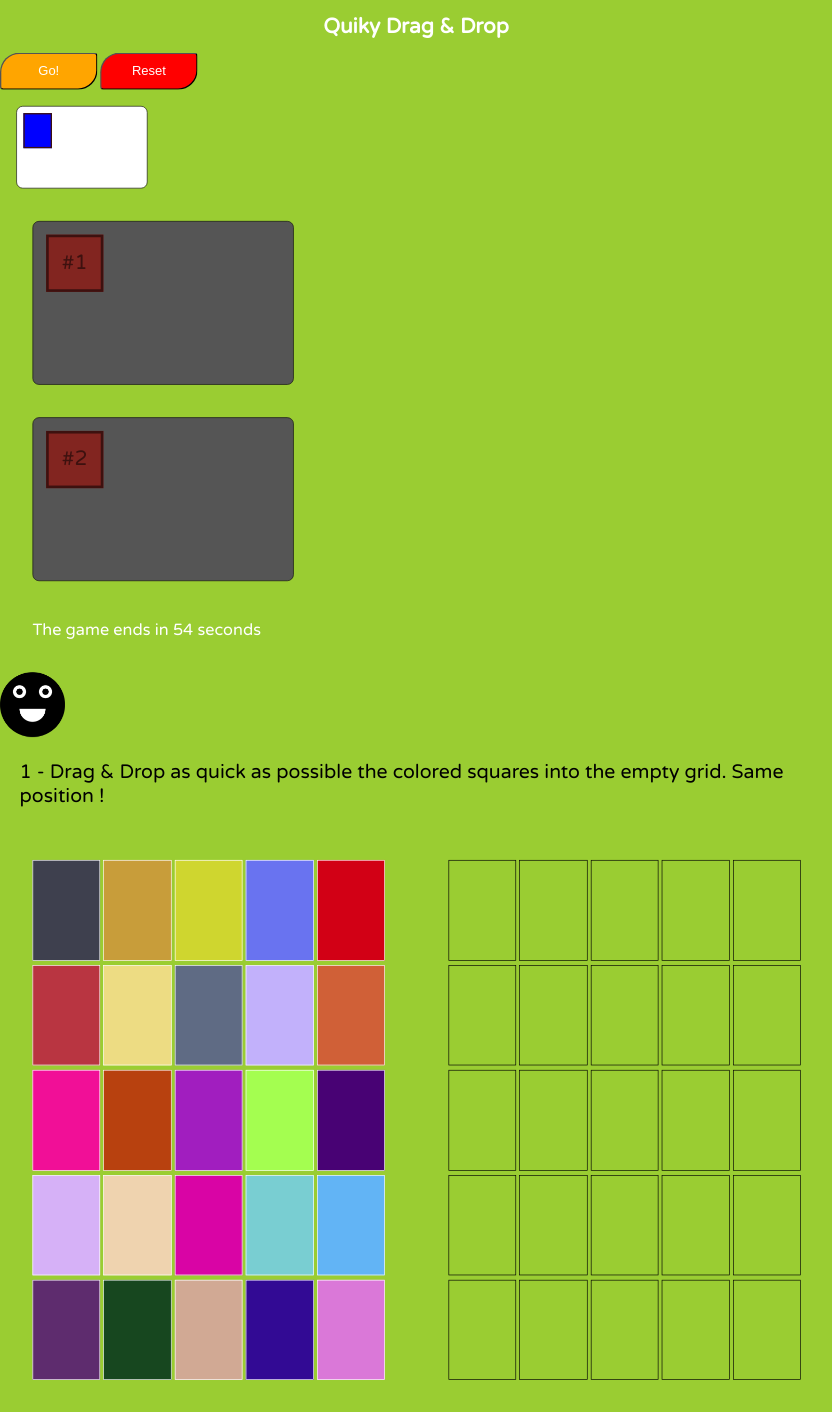
Repository: Siehan/Quiky-drag-and-drop
Page: index.html
An editor plug-in stored every save of this project. The page is shown before and after a run of saves, followed by the edit.
The browser window is 1280 px wide. The pictures show the whole page, at 65% of full size.

Above is the page before, as saved 2020-01-22 12:17:58.

### index.html
<!DOCTYPE html>
<html lang="en">

<head>
  <meta charset="UTF-8">
  <meta name="viewport" content="width=device-width, initial-scale=1.0">
  <meta http-equiv="X-UA-Compatible" content="ie=edge">
  <link rel="stylesheet" type="text/css" href="style.css">
  <script type="module" src="grid.js"></script>
  <script type="text/javascript"></script>
  <title>Document</title>
</head>

<body>
  <header>
    <h1>Quiky Drag & Drop</h1>
    <button id="button-go">Go!</button>
    <button id="button-reset">Reset</button>
  </header>

<div class="dropper2">
  <div class="draggable2"></div>
</div>


<div class="dropper">
  <div class="draggable">#1</div>
</div>
<div class="dropper">
  <div class="draggable">#2</div>
</div>







  <div id="time"></div>
  <img class="black-face" src="images/1297390581.png" alt="black face">
  <p>1 - Drag & Drop as quick as possible the colored squares into the empty grid. Same position !</p>
  <div id="container">
    <div class="container-one">
    </div>
    <div class="container-two">
    </div>
  </div>

</body>

</html>

### style.css
@import url("https://fonts.googleapis.com/css?family=Varela+Round&display=swap");

body, html {
  font-family: 'Varela Round', sans-serif;
  background: yellowgreen;
  color: white;
  margin: 0 auto;
  padding: 0;
}

#button-go {
  width: 150px;
  color: white;
  font-size: 20px;
  background-color: orange;
  padding: 15px;
  border-radius: 30px 5px;
}

#button-reset {
  width: 150px;
  color: white;
  font-size: 20px;
  background-color: red;
  padding: 15px;
  border-radius: 30px 5px;
}

h1 {
  color: white;
  text-align: center;
  border-style: 1px black;
}

p {
  padding: 30px;
  margin: auto;
  font-family: 'Varela Round', sans-serif;
  font-size: 30px;
  color: black;
}

.black-face {
  width: 100px;
}

#container {
  display: flex;
}

.container-one {
  display: grid;
  padding: 50px;
  grid-template-columns: repeat(5,1fr);
  grid-template-rows: repeat(5,1fr);
  width: 800px;
  height: 800px;
  grid-gap: 7px;
}

.container-two {
  display: grid;
  padding: 50px;
  grid-template-columns: repeat(5,1fr);
  grid-template-rows: repeat(5,1fr);
  width: 800px;
  height: 800px;
  grid-gap: 7px;
}

.container-one div {
  border: 1.5px solid white;
  width: 100%;
}

.container-two div {
  border: 1.5px solid black;
  width: 100%;
}

#time {
  padding: 50px;
  margin: auto;
  color: white;
  font-size: 25px;
}

.dropper {
    margin: 50px 10px 10px 50px;
    width: 400px;
    height: 250px;
    background-color: #555;
    border: 1px solid #111;

    border-radius: 10px;
    transition: all 200ms linear;
}

.drop_hover {
    box-shadow: 0 0 30px rgba(0, 0, 0, 0.8) inset;
}

.draggable {
    display: inline-block;
    margin: 20px 10px 10px 20px;
    padding-top: 20px;
    width: 80px;
    height: 60px;
    color: #3D110F;
    background-color: #822520;
    border: 4px solid #3D110F;
    text-align: center;
    font-size: 2em;
    cursor: move;

    transition: all 200ms linear;
    user-select: none;
}

.dropper2 {
    margin: 25px 5px 5px 25px;
    width: 200px;
    height: 125px;
    background-color: white;
    border: 1px solid #111;

    border-radius: 10px;
    transition: all 200ms linear;
}

.drop_hover2 {
    box-shadow: 0 0 15px rgba(0, 0, 0, 0.8) inset;
}

.draggable2 {
    display: inline-block;
    margin: 10px 5px 5px 10px;
    padding-top: 20px;
    width: 40px;
    height: 30px;
    color: #3D110F;
    background-color: blue;
    border: 2px solid #3D110F;
    text-align: center;
    font-size: 1em;
    cursor: move;

    transition: all 200ms linear;
    user-select: none;
}

### grid.js
function selectGeometricForms() {
    const btn = document.getElementById("button-go");
    const btnReset = document.getElementById("button-reset");
}

function setBlockColor() {
    const cases = document.querySelectorAll(".container-one div");
    cases.forEach(
        c =>
            c.style.background = getRandomColor())
}

function getRandomColor() {
    var letters = '0123456789ABCDEF';
    var color = '#';
    for (var i = 0; i < 6; i++) {
        color += letters[Math.floor(Math.random() * 16)];
    }
    return color;
}

(function () {

    var dndHandler = {

    };


})();


(function () {

    var sylvieTest = {

    };


})();












function hourglass(id, cpt, lim, prev, next, callback) {
    (function f() {
        var el = document.getElementById(id);
        el.innerHTML = prev + cpt + next;
        if (cpt > lim) {
            cpt--;
            setTimeout(f, 999);
        } else if (callback) {
            callback();
        }
    })();
}

window.onload = function () {
    hourglass('time', 59, 0, 'The game ends in ', ' seconds', function () {
        alert("Game over !");
    });
};

for (let i = 0; i <= 24; i++) {
    var containerOne = document.querySelector(".container-one");
    var newDiv = document.createElement("div");
    newDiv.className = ("caseOne-" + i + " caseTableau1")
    containerOne.appendChild(newDiv);
    console.log(containerOne);
}

for (let i = 0; i <= 24; i++) {
    var containerTwo = document.querySelector(".container-two");
    var newDiv2 = document.createElement("div");
    newDiv2.className = ("caseTwo-" + i + " caseTableau2")
    containerTwo.appendChild(newDiv2);
    console.log(containerTwo);
}

setBlockColor()

After the next 2 saves:
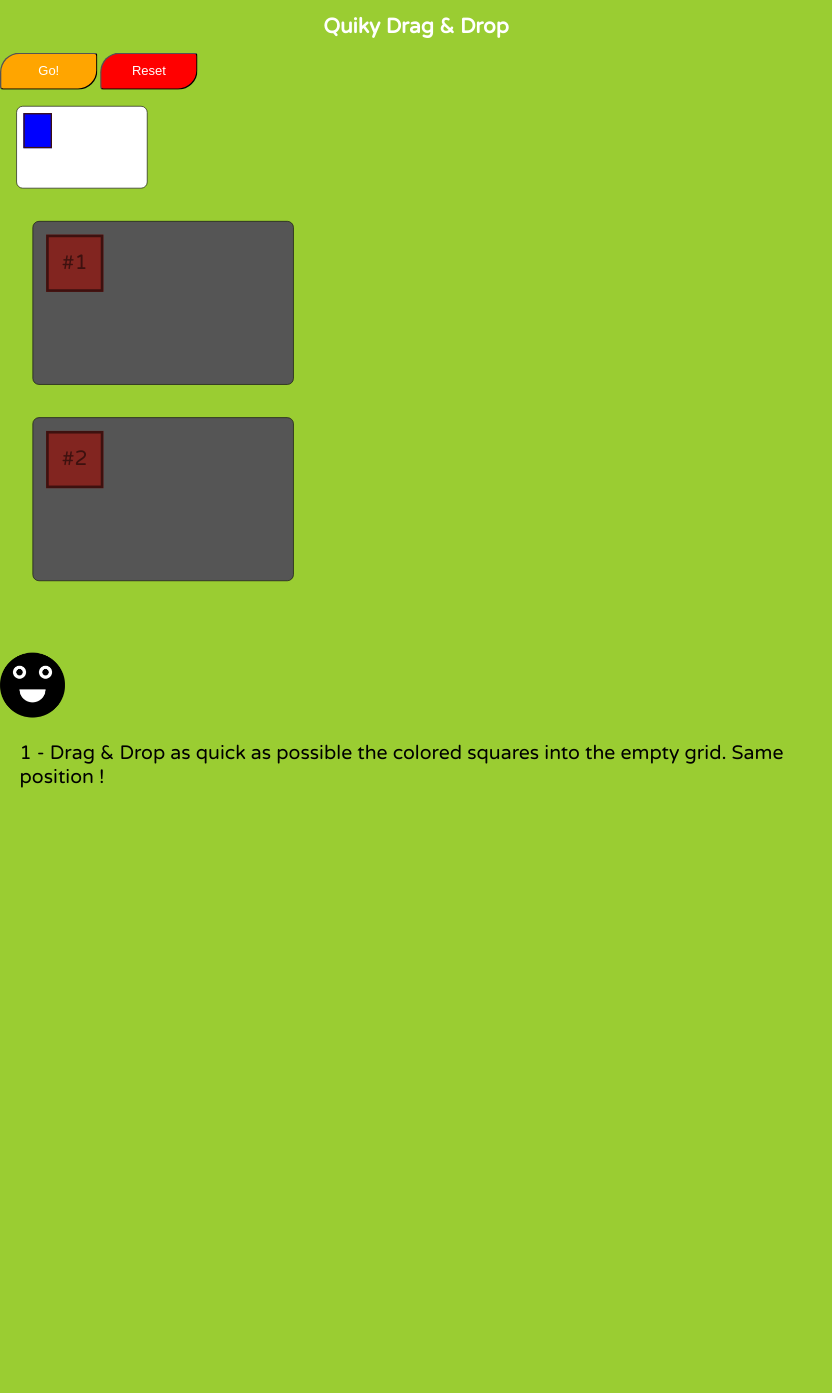
Console error: ReferenceError: apply is not defined
The 2 saves are shown as one change because they came seconds apart.
The last was saved 12 s later.
--- a/grid.js
+++ b/grid.js
@@ -22,6 +22,7 @@
 (function () {
 
     var dndHandler = {
+        apply
 
     };
 

After the 6 saves that followed:
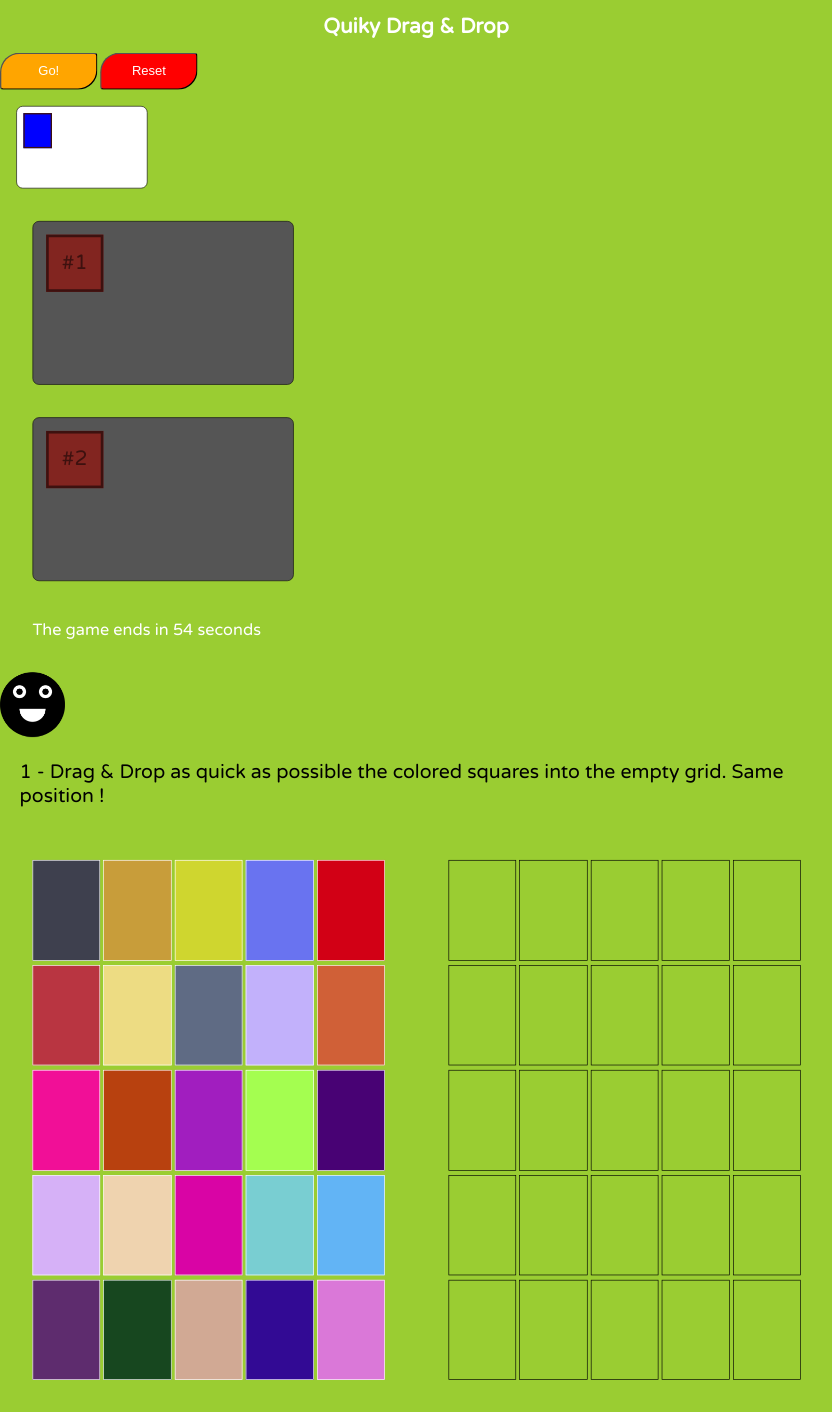
The error is gone.
The 6 saves are shown as one change because 2 left the picture as it was and some came seconds apart.
The last was saved 23 s later.
--- a/grid.js
+++ b/grid.js
@@ -22,7 +22,7 @@
 (function () {
 
     var dndHandler = {
-        apply
+        applyDragEvents: function(element) {}
 
     };
 
